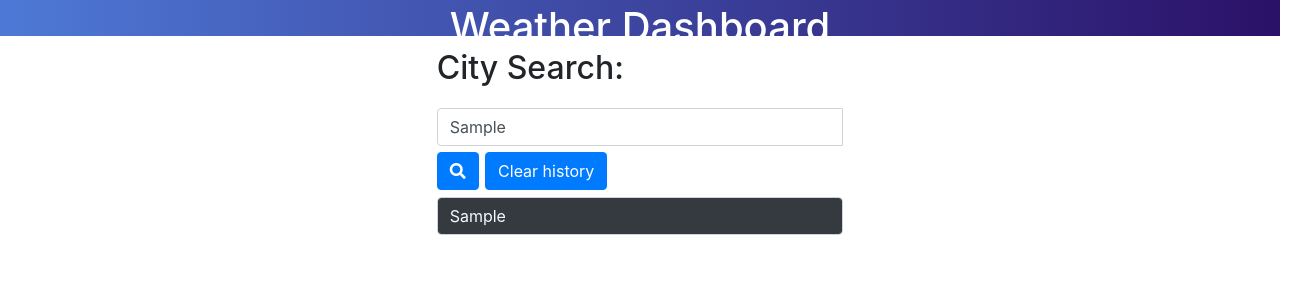
Repository: brenhamp/weather-dashboard
Page: index.html
An editor plug-in stored every save of this project. The page is shown before and after the next save, followed by the edit.
The browser window is 1280 px wide. The page is 1295 px wide, so the pictures cover 1295 px, including what lies to the right of the window. The pictures show the whole page.
Empty fields were first filled with sample values (such as "Sample", 5 or name@example.com).
After loading, the first visible `#search-button` was clicked once.
The page's requests for data from a server got no answer. Some web libraries are served in a nearby version.

Above is the page before, as saved 2021-12-12 21:05:42.
Console error (its wording comes from the project's code and is left out).

### index.html
<!DOCTYPE html>
<html lang="en">
<head>
    <meta charset="UTF-8">
    <meta http-equiv="X-UA-Compatible" content="IE=edge">
    <meta name="viewport" content="width=device-width, initial-scale=1.0">
    <link rel="stylesheet" href="./assets/css/style.css">
    <link rel="stylesheet" href="https://stackpath.bootstrapcdn.com/bootstrap/4.3.1/css/bootstrap.min.css" crossorigin="anonymous">
    <link rel="stylesheet" href="https://cdnjs.cloudflare.com/ajax/libs/font-awesome/5.11.2/css/all.min.css">
    <title>Weather Dashboard</title>
</head>
<body>
    <header class="hero">
        <h1>Weather Dashboard</h1>
    </header>

    <div class="row">
        <div class="col-lg-4">
            <h2>City Search:</h2>
            <div class="input-group">
                <input id="city-input" type="text" class="form-control" placeholder="Enter a city" aria-label="Enter a city">
                <div class="input-group append">
                    <button class="btn btn-primary" type="button" id="search-button">
                        <i class="fas fa-search"></i>
                    </button>

                    <button class="btn btn-primary" type="button" id="clear-history">Clear history</button>
                </div>
            </div>

            <form id="history"></form>

        </div>
        <div class="col-lg-9">
            <div class="row">
                <div id="todays-weather">
                    <div>
                        <h3 id="city-name" class="city-name">
                        </h3>
                        <img id="sky">
                        <div id="temperature"></div>
                        <div id="humidity"></div>
                        <div id="wind"></div>
                        <div id="UV"></div>
                    </div>
                </div>
            </div>

            <!-- hide forecast until needed -->
            <div id="five-day-forecast" class="d-none">
                <h3>Five-Day Forecast</h3>
                <div class="row">
                    <div class="forecast"></div>
                    <div class="forecast"></div>
                    <div class="forecast"></div>
                    <div class="forecast"></div>
                    <div class="forecast"></div>
                </div>
            </div>
        </div>
    </div>


    <script src="https://unpkg.com/axios/dist/axios.min.js"></script>
    <script src="./assets/js/script.js"></script>

</body>
</html>

### assets/css/style.css


.hero {
    background-image: linear-gradient(to right, rgb(78, 121, 214), rgb(43, 17, 104));
    height: 5vh;
    text-align: center;
    margin: auto;
    line-height: 5vh;
    color: white
}

h1 {
    line-height: inherit;
    padding: .25vw 0;
}

h2 {
    padding: 1vw 0;
}

.row {
    justify-content: space-around;
}

p {
    text-align: center;
}

button:not(:disabled) {
    margin: 0.5vw 0.5vw 0.5vw 0;
}

#history {
    margin: auto;
}

### assets/js/script.js
function weatherDashboard() {
    //define HTML elements
const city = document.getElementById("city-input");
const search = document.getElementById("search-button");
const clear = document.getElementById("clear-history");
const name = document.getElementById("city-name");
const sky = document.getElementById("sky");
const temp = document.getElementById("temperature");
const humidity = document.getElementById("humidity");
const wind = document.getElementById("wind");
const UV = document.getElementById("UV");
const history = document.getElementById("history");
const forecast = document.getElementById("five-day-forecast");
const todaysWeather = document.getElementById("todays-weather");

    //my API key from OpenWeather
    apiKey = "4f9f2b98f7dbd0bd303f0561775c2890";

    //function to contain all API requests
    function getWeather(cityName) {
        let queryURL = "https://api.openweathermap.org/data/2.5/weather?q=" + cityName + "&units=imperial" + "&appid=" + apiKey;
        axios.get(queryURL)
        .then(function(response) {
            todaysWeather.classList.remove("d-none");

            //retrieve current date for displaying
            currentDate = new Date(response.data.dt * 1000);
            day = currentDate.getDate();
            month = currentDate.getMonth() + 1;
            year = currentDate.getFullYear();

            name.innerHTML = response.data.name + " (" + month + "/" + day + "/" + year +")";

            //display today's weather including sky icon, temp, humidity and wind speed
            let skyImg = response.data.weather[0].icon;
            sky.setAttribute("src", "https://openweathermap.org/img/wn/" + skyImg + "@2x.png");
            sky.setAttribute("alt", response.data.weather[0].description);
            temp.innerHTML = "Temperature: " + response.data.main.temp + " &#176F";
            humidity.innerHTML = "Humidity: " + response.data.main.humidity + "%";
            wind.innerHTML = "Wind Speed: " + response.data.wind.speed + " MPH";

            //get UV index using latitude and longitude
            let lat = response.data.coord.lat;
            let lon = response.data.coord.lon;
            let UVQueryURL = "https://api.openweathermap.org/data/2.5/uvi/forecast?lat=" + lat + "&lon=" + lon + "&units=imperial" + "&appid=" + apiKey + "&cnt=1";
            axios.get(UVQueryURL)
                .then(function (response) {
                    //use span for HTML convenience
                    let UVIndex = document.createElement("span");

                    //change color to indicate mild/moderate/severe UV levels
                    if (response.data[0].value < 4 ) {
                        UVIndex.setAttribute("class", "badge badge-success");
                    }
                    else if (response.data[0].value < 8) {
                        UVIndex.setAttribute("class", "badge badge-warning");
                    }
                    else {
                        UVIndex.setAttribute("class", "badge badge-danger");
                    }
                    //append to HTML
                    UVIndex.innerHTML = response.data[0].value;
                    UV.innerHTML = "UV Index: ";
                    UV.append(UVIndex);
        });

           //five-day forecast script
           let cityID = response.data.id;
           let forecastQueryURL = "https://api.openweathermap.org/data/2.5/forecast?id=" + cityID + "&units=imperial" + "&appid=" + apiKey;
           axios.get(forecastQueryURL)
               .then(function (response) {
                   //when query is sent, show the forecast elements
                   forecast.classList.remove("d-none");

                       //select all forecast divs and assign future dates to them in order
                       const forecastEls = document.querySelectorAll(".forecast");
                       for (i = 0; i < forecastEls.length; i++) {
                           forecastEls[i].innerHTML = "";
                           const forecastIndex = i * 8 + 4;
                           const forecastDate = new Date(response.data.list[forecastIndex].dt * 1000);
                           const forecastDay = forecastDate.getDate();
                           const forecastMonth = forecastDate.getMonth() + 1;
                           const forecastYear = forecastDate.getFullYear();
                           const forecastDateEl = document.createElement("p");
                           forecastDateEl.setAttribute("class", "mt-3 mb-0 forecast-date");
                           forecastDateEl.innerHTML = forecastMonth + "/" + forecastDay + "/" + forecastYear;
                           forecastEls[i].append(forecastDateEl);

                           //append sky icons and weather info to each future day forecast
                           const forecastSky = document.createElement("img");
                           forecastSky.setAttribute("src", "https://openweathermap.org/img/wn/" + response.data.list[forecastIndex].weather[0].icon + "@2x.png");
                           forecastSky.setAttribute("alt", response.data.list[forecastIndex].weather[0].description);
                           forecastEls[i].append(forecastSky);
                           const forecastTempEl = document.createElement("p");
                           forecastTempEl.innerHTML = "Temp: " + response.data.list[forecastIndex].main.temp + " &#176F";
                           forecastEls[i].append(forecastTempEl);
                           const forecastHumidityEl = document.createElement("p");
                           forecastHumidityEl.innerHTML = "Humidity: " + response.data.list[forecastIndex].main.humidity + "%";
                           forecastEls[i].append(forecastHumidityEl);
                       }
                    })
    });
}

    //search history functionality
    let searchHistory = JSON.parse(localStorage.getItem("search")) || [];

    function renderSearchHistory () {
        //start off blank
        history.innerHTML = "";
        //create new history item each time a city name is submitted
        for (let i = 0; i < searchHistory.length; i++) {
            const historyEl = document.createElement("input");
                historyEl.setAttribute("type", "text");
                historyEl.setAttribute("readonly", true);
                historyEl.setAttribute("class", "form-control d-flex bg-dark text-light");
                historyEl.setAttribute("value", searchHistory[i]);
                historyEl.addEventListener("click", function() {
                getWeather(historyEl.value);
            })
            history.append(historyEl);
        }
    }

    //initial call for history function
    renderSearchHistory();

    //listener for search; save searches to localStorage
    search.addEventListener("click",  function () {
        searchTerm = city.value;
        getWeather(searchTerm);
        searchHistory.push(searchTerm);
        localStorage.setItem("search", JSON.stringify(searchHistory));
        renderSearchHistory();
    })


    //listener for clear button; clear localStorage and leave search array blank
    clear.addEventListener("click", function () {
        localStorage.clear();
        searchHistory = [];
        renderSearchHistory();
    })


};

//initialize javascript
weatherDashboard ();

After the next save:
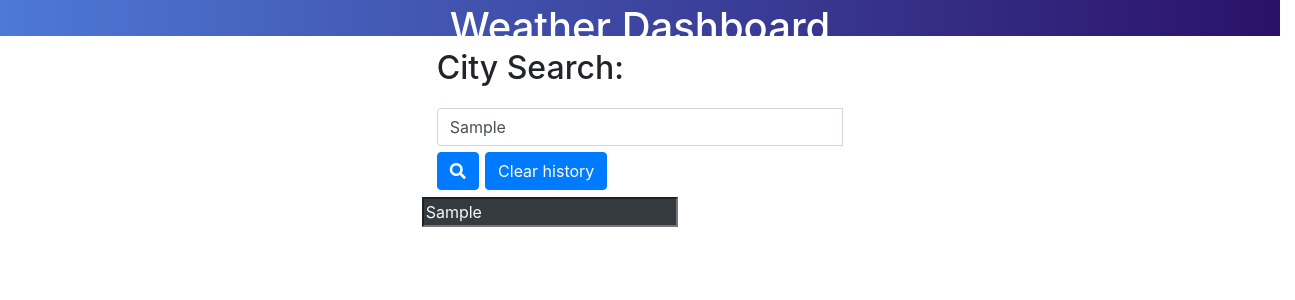
Saved 32 s later.
--- a/assets/js/script.js
+++ b/assets/js/script.js
@@ -113,7 +113,7 @@ const todaysWeather = document.getElementById("todays-weather");
             const historyEl = document.createElement("input");
                 historyEl.setAttribute("type", "text");
                 historyEl.setAttribute("readonly", true);
-                historyEl.setAttribute("class", "form-control d-flex bg-dark text-light");
+                historyEl.setAttribute("class", "row d-flex bg-dark text-light");
                 historyEl.setAttribute("value", searchHistory[i]);
                 historyEl.addEventListener("click", function() {
                 getWeather(historyEl.value);
